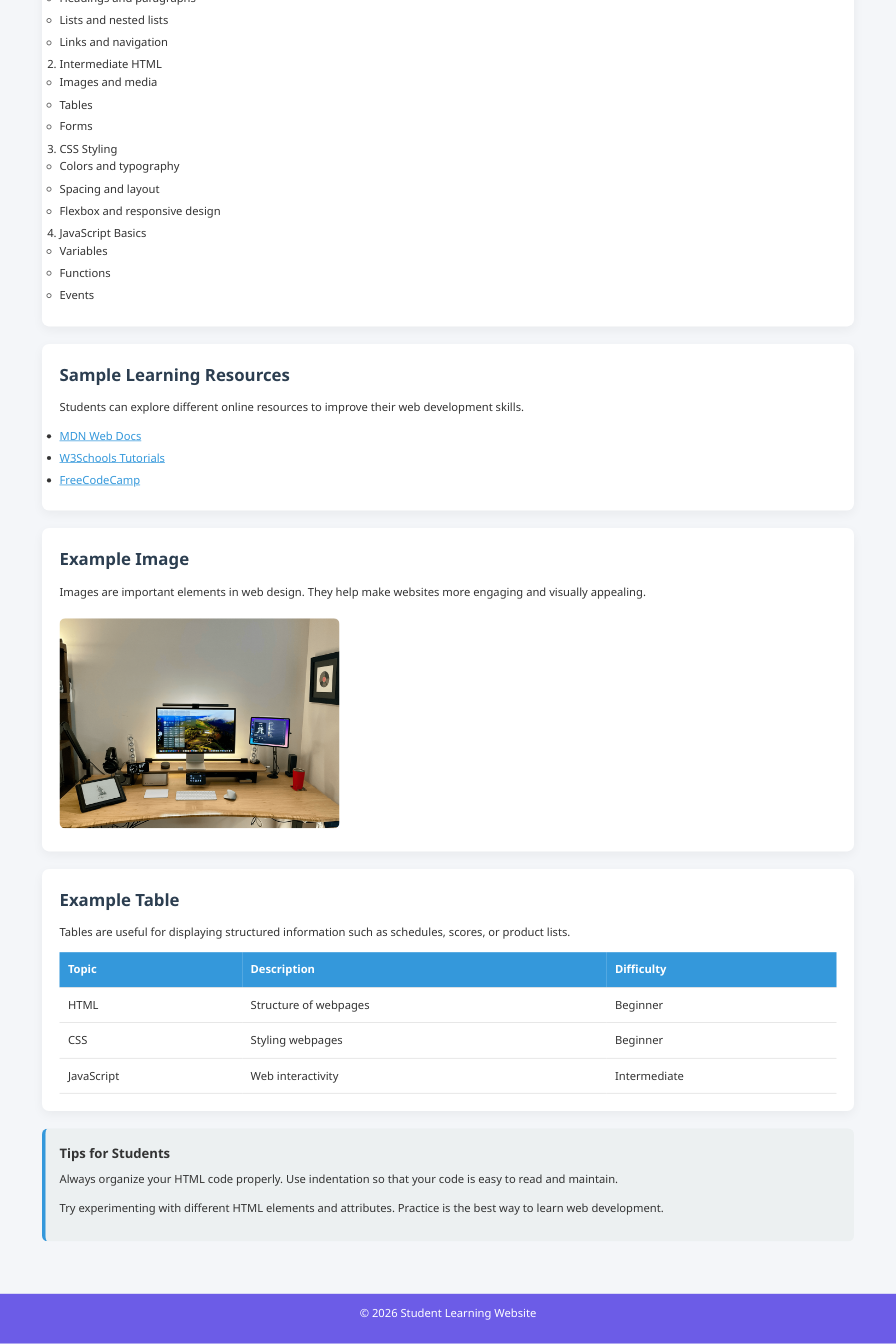
Repository: Than-sothearak/web_client_programing
Page: Week_03/index.html
These files come from the project's save history. The page is drawn as it stood at one moment and after the next save; the edit follows.
The browser window is 1280 px wide. The pictures show the part of the page from y = 965 to 2885 px (the page is 2885 px tall), at 70% of full size.

Above is the page before, as saved 2026-03-24 21:19:14.

### Week_03/index.html
<!doctype html>
<html lang="en">
  <head>
    <meta charset="UTF-8" />
    <meta name="viewport" content="width=device-width, initial-scale=1.0" />
    <title>My Learning Website</title>
    <link rel="stylesheet" href="styles.css" />
  </head>

  <body>
    <header>
      <h1>My Learning Website</h1>

      <nav>
        <ul>
          <li><a href="index.html">Home</a></li>
          <li><a href="gallery.html">Media</a></li>
          <li><a href="contact.html">Contact</a></li>
        </ul>
      </nav>
    </header>

    <main>
      <section>
        <article>
          <h2>Welcome</h2>

          <p>
            Welcome to my learning website. This website was created as part of
            an HTML5 practice project. Students will learn how to build web
            pages using proper HTML structure, semantic elements, and different
            types of content.
          </p>

          <p>
            Through this project, students will practice creating headings,
            paragraphs, lists, images, links, tables, and forms. The goal is to
            understand how webpages are structured and how different elements
            work together.
          </p>
        </article>
      </section>

      <section>
        <h2>Technologies I Learn</h2>

        <p>
          In this course, students will learn the basic technologies used to
          build modern websites. Each technology has its own purpose in web
          development.
        </p>

        <ul class="card-container">
          <li class="card">
            <strong>HTML5</strong>
            <ul>
              <li>Creating webpage structure</li>
              <li>Using headings and paragraphs</li>
              <li>Creating lists and links</li>
              <li>Building forms</li>
            </ul>
          </li>

          <li class="card">
            <strong>CSS</strong>
            <ul>
              <li>Styling webpages</li>
              <li>Changing colors and fonts</li>
              <li>Creating layouts</li>
              <li>Responsive design</li>
            </ul>
          </li>

          <li class="card">
            <strong>JavaScript</strong>
            <ul>
              <li>Making websites interactive</li>
              <li>Handling user actions</li>
              <li>Updating webpage content dynamically</li>
            </ul>
          </li>
        </ul>
      </section>

      <section>
        <h2>Learning Steps</h2>

        <p>
          Students will follow several steps when learning web development. Each
          step builds on the previous one.
        </p>

        <ol>
          <li>
            HTML Basics
            <ul>
              <li>HTML document structure</li>
              <li>Headings and paragraphs</li>
              <li>Lists and nested lists</li>
              <li>Links and navigation</li>
            </ul>
          </li>

          <li>
            Intermediate HTML
            <ul>
              <li>Images and media</li>
              <li>Tables</li>
              <li>Forms</li>
            </ul>
          </li>

          <li>
            CSS Styling
            <ul>
              <li>Colors and typography</li>
              <li>Spacing and layout</li>
              <li>Flexbox and responsive design</li>
            </ul>
          </li>

          <li>
            JavaScript Basics
            <ul>
              <li>Variables</li>
              <li>Functions</li>
              <li>Events</li>
            </ul>
          </li>
        </ol>
      </section>

      <section>
        <h2>Sample Learning Resources</h2>

        <p>
          Students can explore different online resources to improve their web
          development skills.
        </p>

        <ul>
          <li>
            <a href="https://developer.mozilla.org" target="_blank">
              MDN Web Docs
            </a>
          </li>

          <li>
            <a href="https://www.w3schools.com" target="_blank">
              W3Schools Tutorials
            </a>
          </li>

          <li>
            <a href="https://www.freecodecamp.org" target="_blank">
              FreeCodeCamp
            </a>
          </li>
        </ul>
      </section>

      <section>
        <h2>Example Image</h2>

        <p>
          Images are important elements in web design. They help make websites
          more engaging and visually appealing.
        </p>

        <img src="../images/computer.png" alt="Computer setup" width="400" />
      </section>

      <section>
        <h2>Example Table</h2>

        <p>
          Tables are useful for displaying structured information such as
          schedules, scores, or product lists.
        </p>

        <table>
          <tr>
            <th>Topic</th>
            <th>Description</th>
            <th>Difficulty</th>
          </tr>

          <tr>
            <td>HTML</td>
            <td>Structure of webpages</td>
            <td>Beginner</td>
          </tr>

          <tr>
            <td>CSS</td>
            <td>Styling webpages</td>
            <td>Beginner</td>
          </tr>

          <tr>
            <td>JavaScript</td>
            <td>Web interactivity</td>
            <td>Intermediate</td>
          </tr>
        </table>
      </section>

      <aside>
        <h3>Tips for Students</h3>

        <p>
          Always organize your HTML code properly. Use indentation so that your
          code is easy to read and maintain.
        </p>

        <p>
          Try experimenting with different HTML elements and attributes.
          Practice is the best way to learn web development.
        </p>
      </aside>
    </main>

    <footer>
      <p>© 2026 Student Learning Website</p>
    </footer>
  </body>
</html>

### Week_03/styles.css
/* Reset basic spacing */

/* Reset */

* {
  margin: 0;
  padding: 0;
  box-sizing: border-box;
}

/* Body */

body {
  font-family: "Segoe UI", Arial, sans-serif;
  background: #f4f6f9;
  color: #333;
  line-height: 1.6;
}

/* Header */

header {
  background: linear-gradient(135deg, #6c5ce7, #1abc9c);
  color: white;
  padding: 25px 20px;
  text-align: center;
}

/* Navigation */

nav ul {
  list-style: none;
  margin-top: 10px;
}

nav ul li {
  display: inline-block;
  margin: 0 15px;
}

nav a {
  color: white;
  text-decoration: none;
  font-weight: 600;
  transition: 0.3s;
}

nav a:hover {
  color: #1abc9c;
}

/* Main container */

main {
  max-width: 1200px;
  margin: auto;
  padding: 30px 20px;
}

/* Section cards */

section {
  background: white;
  padding: 25px;
  margin-bottom: 25px;
  border-radius: 10px;
  box-shadow: 0 5px 15px rgba(0, 0, 0, 0.05);
}

/* Headings */

h1 {
  font-size: 32px;
  margin-bottom: 10px;
}

h2 {
  margin-bottom: 15px;
  color: #2c3e50;
}

h3 {
  margin-bottom: 10px;
}

/* Paragraph */

p {
  margin-bottom: 15px;
}

/* Lists */

.card-container {
  display: flex;
  gap: 20px;

}

.card-container li {
  list-style: none;
}

.card {
  width: 100%;
  padding: 10px;
  background-color: #1abc9c;
}

li {
  margin-bottom: 6px;
}

/* Links */

a {
  color: #3498db;
}

a:hover {
  text-decoration: underline;
}

/* Image styling */

img {
  max-width: 100%;
  height: auto;
  border-radius: 8px;
  margin-top: 10px;
}

/* Table */

table {
  width: 100%;
  border-collapse: collapse;
  margin-top: 10px;
}

th,
td {
  padding: 12px;
  text-align: left;
  border-bottom: 1px solid #ddd;
}

th {
  background: #3498db;
  color: white;
}

tr:hover {
  background: #f1f1f1;
}

/* Aside */

aside {
  background: #ecf0f1;
  padding: 20px;
  border-left: 5px solid #3498db;
  border-radius: 8px;
  margin-bottom: 25px;
}

/* Footer */

footer {
  text-align: center;
  background: #6c5ce7;
  color: white;
  padding: 15px;
  margin-top: 20px;
}

/* Responsive Design */

@media (max-width: 768px) {
  nav ul li {
    display: block;
    margin: 10px 0;
  }

  main {
    padding: 20px 15px;
  }

  h1 {
    font-size: 26px;
  }
}

.images-gallery {
  width: 100%;
  display: flex;
  flex-wrap: wrap;
  gap: 20px;
}

.images-gallery figure {
  flex: 1 1 calc(50% - 20px);
}

.images-gallery img {
  width: 100%;
  height: auto;
}

figcaption {
  margin-top: 8px;
  font-size: 14px;
  color: #555;
}

@media (max-width: 768px) {
  .images-gallery {
    flex-direction: column;
    align-items: center;
  }


}

After the next save:
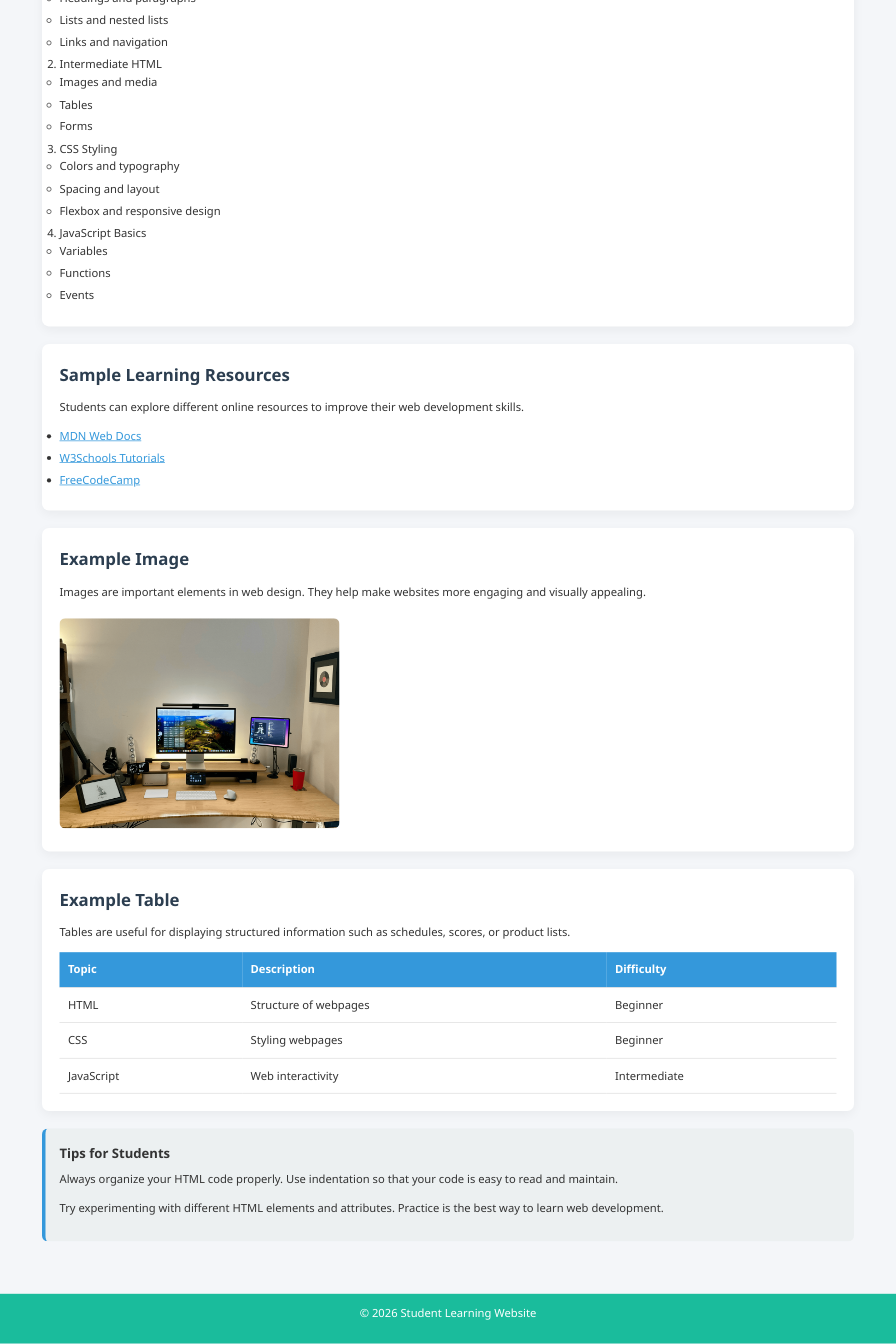
Saved 8 s later.
--- a/Week_03/styles.css
+++ b/Week_03/styles.css
@@ -168,7 +168,7 @@ aside {
 
 footer {
   text-align: center;
-  background: #6c5ce7;
+  background: #1abc9c;
   color: white;
   padding: 15px;
   margin-top: 20px;
